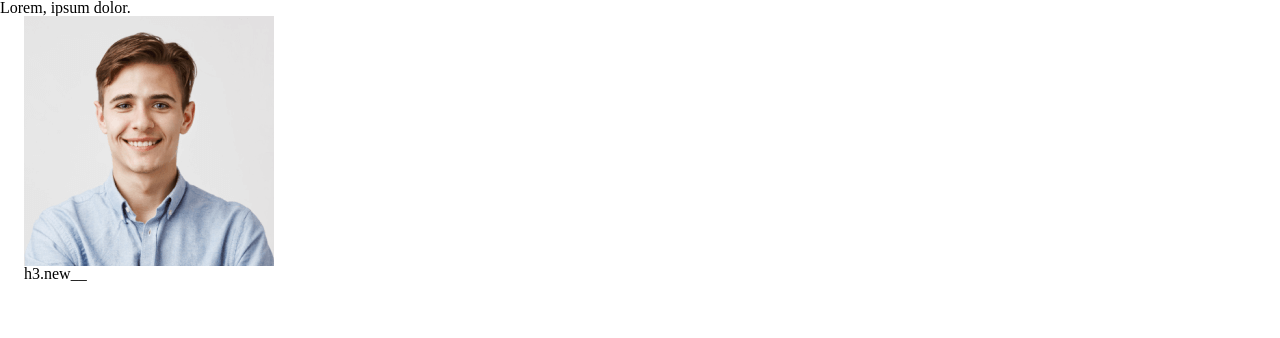
Repository: dinhhaidh/slider-3
Page: index.html
An editor plug-in stored every save of this project. The page is shown before and after a run of saves, followed by the edit.
The browser window is 1280 px wide. The pictures show the whole page.

Above is the page before, as saved 2024-03-22 21:49:46.

After the next 5 saves:
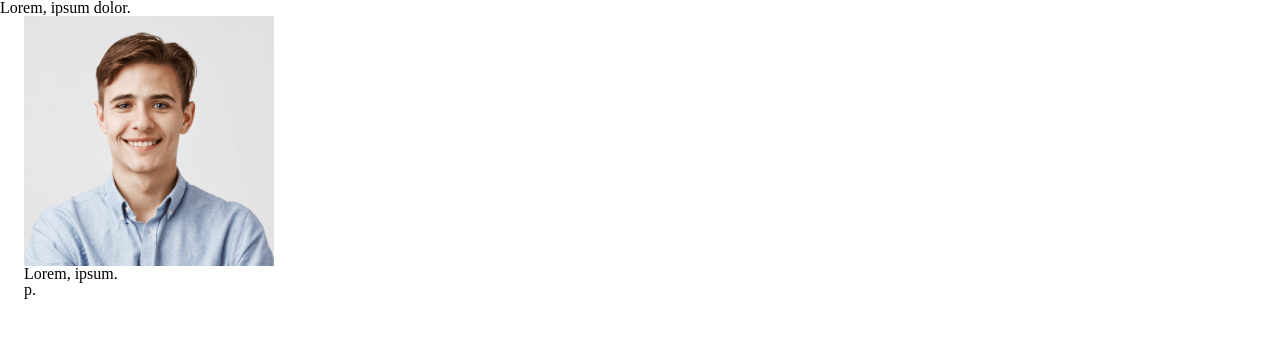
The 5 saves are shown as one change because they came seconds apart.
The last was saved 17 s later.
--- a/index.html
+++ b/index.html
@@ -23,7 +23,11 @@
                     <article class="new__card new__article">
                         <img src="./img1.png" alt="" class="new__img">
 
-                        h3.new__
+                        <h3 class="new__subtitle">
+                            Lorem, ipsum.
+                        </h3>
+
+                        p.
                     </article>
                 </div>
             </div>
